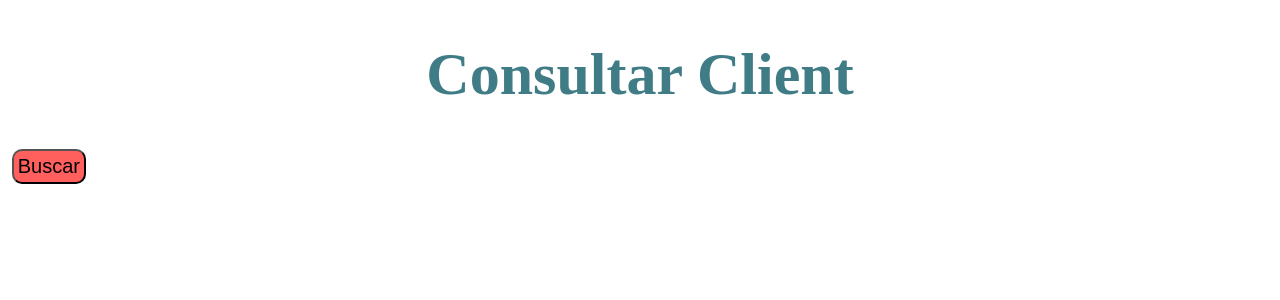
Repository: MCamilaM/app-web-register
Page: http://localhost/consultClient
The author's editor kept a record of every edit. The page is drawn from the files as they stood at one moment, then again after the next edit.
The browser window is 1280 px wide. The pictures show the whole page.
The page is served by the project's application, run on Flask 3 (server.py).

Above is the page before.

After the next edit:
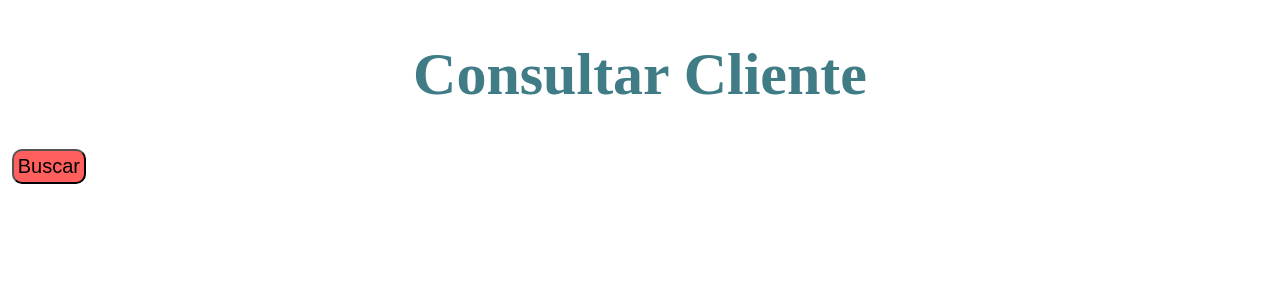
The edit:
--- a/templates/consultClient.html
+++ b/templates/consultClient.html
@@ -7,7 +7,7 @@
         <script src="../static/js/appHome.js" type="text/javascript" charset="utf-8"></script>
     </head>
     <body>
-    <h1>Consultar Client</h1>
+    <h1>Consultar Cliente</h1>
       <form action="/register_user" method="post">
 
          <button type="submit">Buscar</button>
